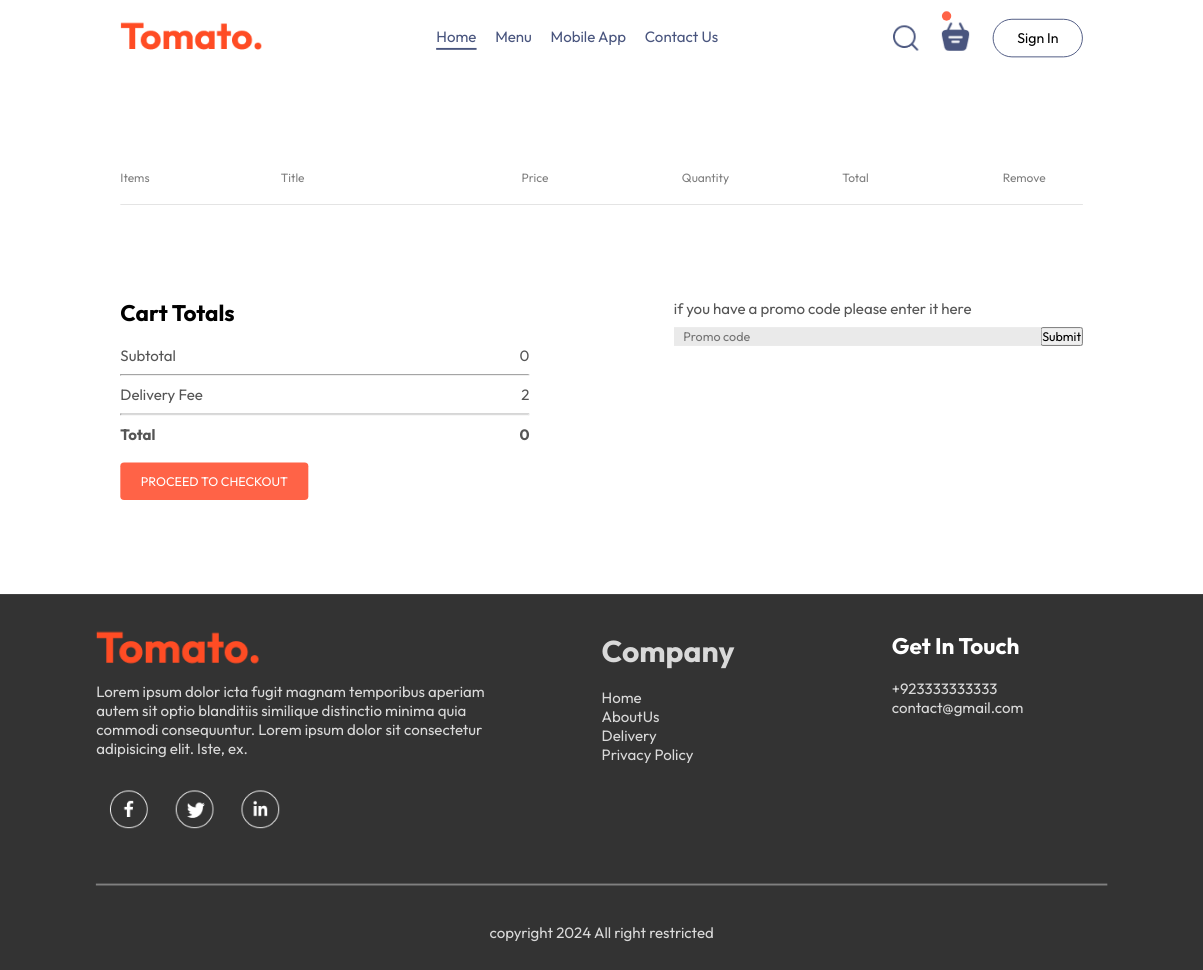
Repository: Attar786/Food-ordering-app
Page: /cart (app in frontend/)
These files come from the project's save history. The page is drawn as it stood at one moment and after the next save; the edit follows.
The browser window is 1280 px wide. The pictures show the whole page, at 94% of full size.
The project was rebuilt for these pictures with package versions that can differ from the ones it lists, and the page was loaded fresh each time. Also part of the build but not shown: frontend/vite.config.js, frontend/src/components/Header/Header.css, frontend/src/components/Header/Header.jsx, frontend/src/components/ExploreMenu/ExploreMenu.css, frontend/src/components/ExploreMenu/ExploreMenu.jsx, frontend/src/components/FoodDisplay/FoodDisplay.css, frontend/src/components/FoodItem/FoodItem.css, frontend/src/components/FoodItem/FoodItem.jsx and 8 more.

Above is the page before, as saved 2024-07-30 16:52:23.

After the next save:
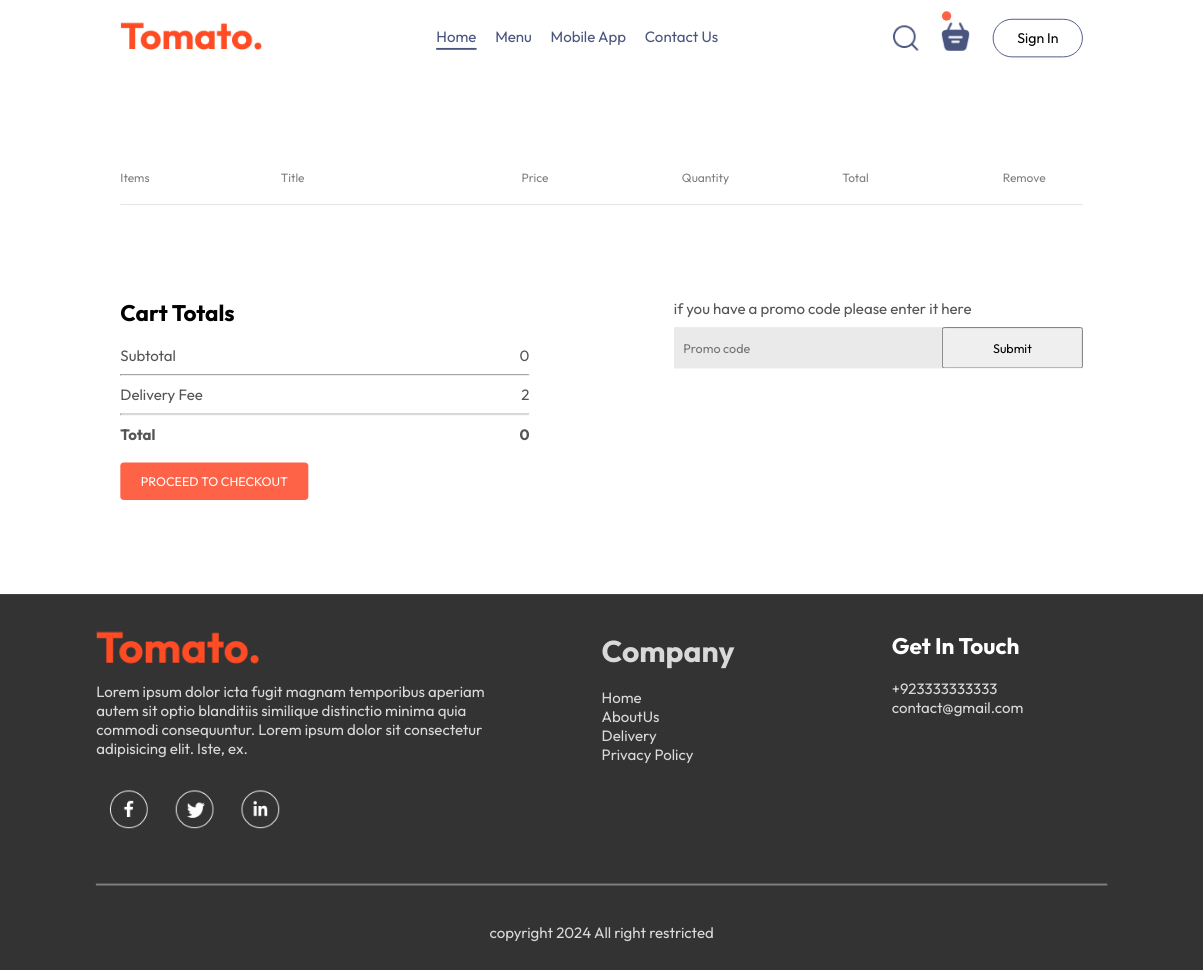
Saved 56 s later.
--- a/frontend/src/pages/Cart/Cart.css
+++ b/frontend/src/pages/Cart/Cart.css
@@ -76,3 +76,7 @@ gap: max(12vw,20px);
     outline: none;
     padding-left: 10px;
 }
+.cart-promocode-input button{
+    width: max(12px, 150px);
+    padding: 12px 5px;
+}
